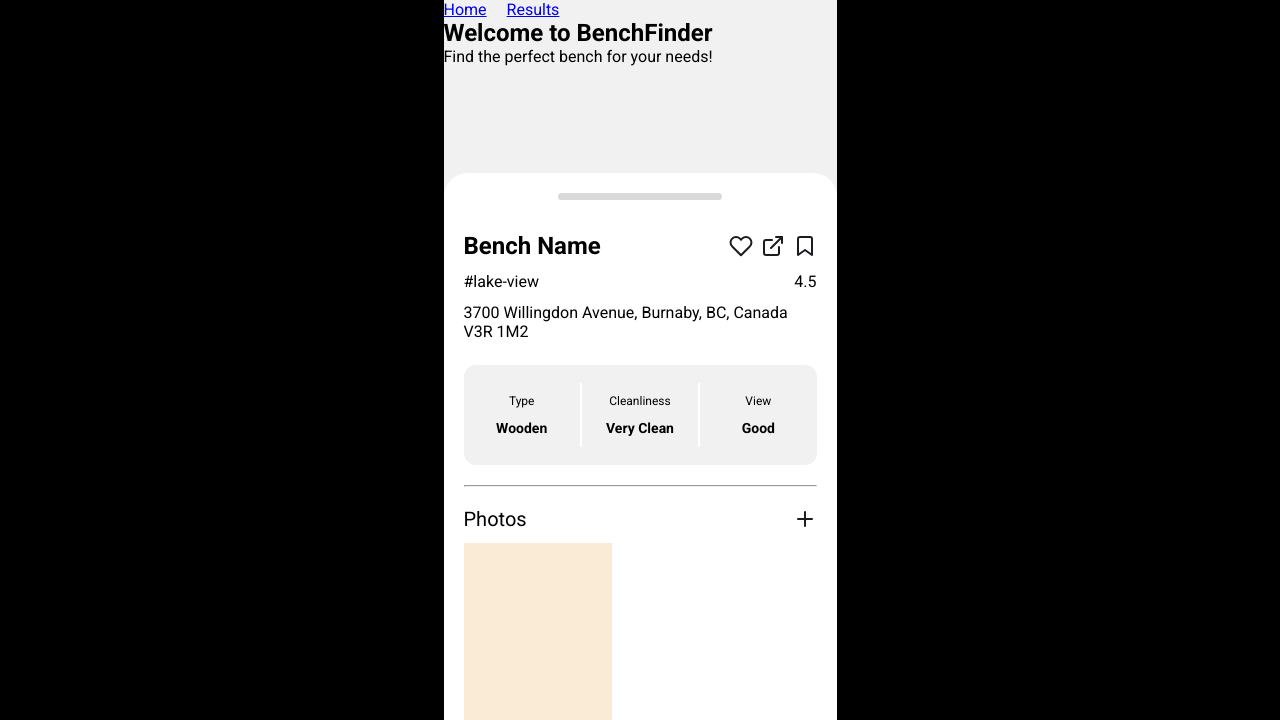
Repository: HidayatPatil/BenchFinder
Page: /
These files come from the project's save history. The page is drawn as it stood at one moment and after the next save; the edit follows.
The browser window is 1280 px wide. The pictures show the whole page.
The project was rebuilt for these pictures with package versions that can differ from the ones it lists, and the page was loaded fresh each time. Also part of the build but not shown: vite.config.js, src/Results.jsx.

Above is the page before, as saved 2025-10-09 22:05:10.

After the next save:
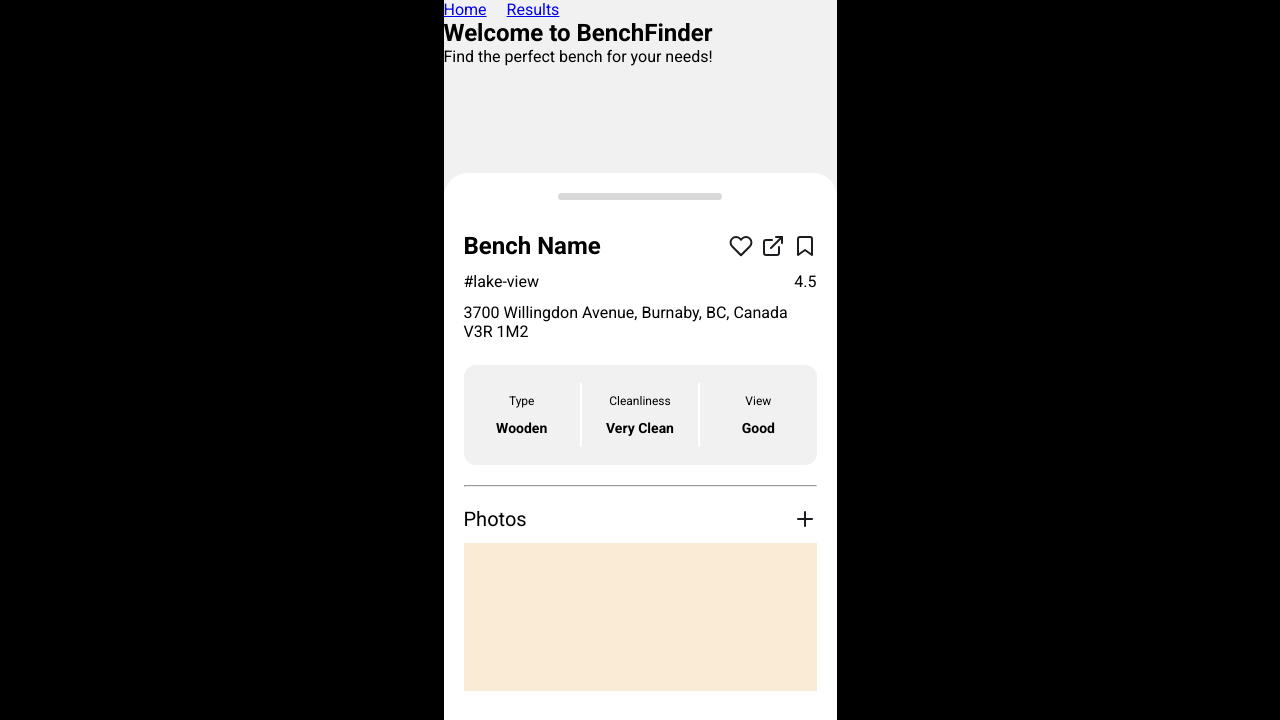
Saved 16 s later.
--- a/src/index.css
+++ b/src/index.css
@@ -162,8 +162,8 @@ html {
 }
 
 .photos_gallery {
-    /* display: flex;
-    gap: 12px;
+    display: flex;
+    /* gap: 12px;
     align-items: flex-start;
     overflow: auto; */
   }
